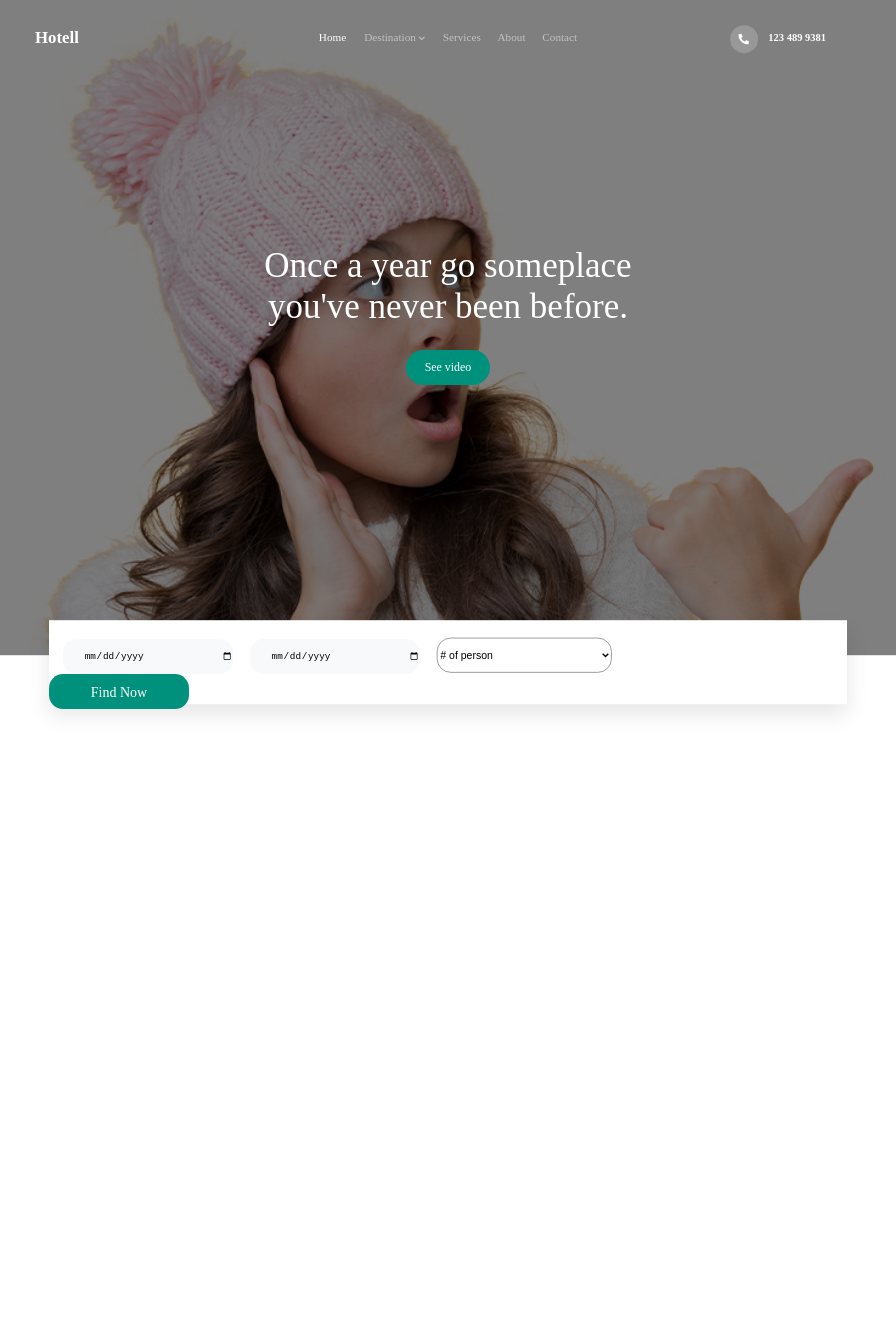
Repository: nhutduy0803/template1
Page: index.html
The author's editor kept a copy of each file at every save. The page is drawn from the files as they stood at one save, then again after the next save.
The browser window is 1280 px wide. The pictures show the part of the page from y = 0 to 1920 px (the page is 5000 px tall), at 70% of full size.

Above is the page before, as saved 2021-11-28 12:47:10.

### index.html
<!DOCTYPE html>
<html lang="en">
  <head>
    <meta charset="UTF-8" />
    <meta http-equiv="X-UA-Compatible" content="IE=edge" />
    <meta name="viewport" content="width=device-width, initial-scale=1.0" />
    <title>TEMPLATE</title>
    <link rel="stylesheet" href="./assets/css/style.css" />
    <link
      rel="stylesheet"
      href="./assets/css/font/fontawesome-free-5.15.4-web/css/all.min.css"
    />
  </head>
  <body>
    <div id="main">
      <div class="slider">
        <div class="header">
          <h2>Hotell</h2>
          <div class="nav">
            <ul>
              <li>Home</li>
              <li>
                Destination
                <i class="fas fa-chevron-down"></i>
                <div class="subnav-one">
                  <ul class="sub-nav">
                    <span>Menu one</span>
                    <span>Menu two</span>
                    <span
                      >Dropdown <i class="fas fa-angle-right"></i>
                      <ul class="sub-nav-two">
                        <span>Menu one</span>
                        <span>Menu two</span>
                        <span>Menu three</span>
                      </ul>
                    </span>
                  </ul>
                </div>
              </li>
              <li>Services</li>
              <li>About</li>
              <li>Contact</li>
            </ul>
            <h3><i class="fas fa-phone-alt"></i> 123 489 9381</h3>
            <p>Once a year go someplace <br />you've never been before.</p>
            <a class="seevideo" href="#">See video</a>
          </div>
          <div class="modal-slider">
            <input type="date" name="" id="" />
            <input type="date" />
            <div class="select-person">
              <select id="number-of-person" class="form-control">
                <option value="#of person"># of person</option>
                <option value="0">0</option>
                <option value="1">1</option>
                <option value="2">2</option>
                <option value="3">3</option>
                <option value="4">4</option>
                <option value="5">5</option>
              </select>
            </div>
            <div class="find-now">Find Now</div>
          </div>
        </div>
        <!-- <img src="./assets/css/img/slider.webp" alt="" /> -->
      </div>
    </div>
  </body>
</html>

### assets/css/style.css
* {
  margin: 0;
  padding: 0;
  box-sizing: border-box;
}

#main {
  width: 100%;
  height: 5000px;
  background: #fff;
}
.header img {
  width: 100%;
  height: 100%;
}

.header {
  position: relative;
  width: 100%;
  height: 130vh;
  background: linear-gradient(rgba(0, 0, 0, 0.5), rgba(0, 0, 0, 0.5)),
    url("./img/slider.webp") top center / cover no-repeat;
}

.header h3 {
  position: absolute;
  top: 45px;
  right: 100px;
  color: #fff;
  font-size: 15px;
}

.header h2 {
  color: #fff;
  top: 40px;
  position: absolute;
  left: 50px;
}

.nav ul li {
  transition: 0.2s;
  margin: 0 10px;
  display: inline-block;
  color: rgba(221, 221, 221, 0.705);
}

.nav li:hover {
  transition: 0.2s;
  color: #fff;
}

.nav ul li:nth-child(1) {
  color: #fff;
}

.nav {
  padding-top: 45px;
  text-align: center;
}

ul .fa-chevron-down {
  font-size: 10px;
}

.nav ul li:nth-child(2) {
  position: relative;
  transition: 0.3s;
  margin: 0 -35px;
}

.nav ul li:nth-child(2):hover .sub-nav {
  opacity: 1;
  bottom: 10px;
}

.sub-nav {
  border-radius: 10px;
  background: #fff;
  height: 130px;
  width: 180px;
  position: absolute;
  color: #000;
  opacity: 0;
  transition: 0.3s;
  bottom: 0;
}

.subnav-one {
  position: relative;
  height: 150px;
  width: 180px;
}

.sub-nav span {
  padding-right: 70px;
  padding-top: 20px;
  display: block;
}

.sub-nav span:hover {
  color: #00917c;
  transition: 0.2s;
}

.sub-nav span .fa-angle-right {
  position: absolute;
  right: 20px;
}

.sub-nav span:nth-child(3) {
  position: relative;
}

.sub-nav span:nth-child(3):hover .sub-nav-two {
  opacity: 1;
  margin-top: -25px;
}

.sub-nav-two {
  margin-top: 0px;
  margin-left: 180px;
  background: #fff;
  height: 130px;
  width: 180px;
  position: absolute;
  border-radius: 10px;
  color: #000;
  opacity: 0;
  transition: 0.3s;
}

.fa-phone-alt {
  position: absolute;
  left: -55px;
  top: -9px;
  background: rgba(255, 255, 255, 0.2);
  border-radius: 50%;
  height: 40px;
  width: 40px;
  padding-top: 13px;
  color: #fff;
  transition: 0.2s;
  font-size: 15px;
}

.fa-phone-alt:hover {
  border: 2px solid #fff;
  transition: 0.2s;
}

.header p {
  transform: translate(-50%);
  left: 50%;
  color: #fff;
  position: absolute;
  top: 350px;
  font-size: 50px;
}

.seevideo {
  position: absolute;
  top: 500px;
  left: 50%;
  transform: translate(-50%);
  width: 120px;
  height: 50px;
  background: #00917c;
  color: #fff;
  border-radius: 25px;
  display: flex;
  justify-content: center;
  align-items: center;
  text-decoration: none;
  font-size: 17px;
}

.modal-slider {
  width: 1140px;
  height: 120px;
  background: #fff;
  position: absolute;
  bottom: -70px;
  left: 50%;
  transform: translate(-50%);
  box-shadow: 0 15px 30px 0 rgb(0 0 0 / 10%);
}

.modal-slider input {
  margin-top: 27px;
  margin-left: 50px;
  border-radius: 20px;
  background: #f8f9fa;
  padding-left: 30px;
  border: none;
  height: 50px;
  width: 243px;
}

.modal-slider ::-webkit-input-placeholder {
  color: rgba(0, 0, 0, 0.726);
  font-size: 15px;
}

.modal-slider .fa-calendar-alt {
  margin-left: -30px;
}

.modal-slider input {
  margin-left: 20px;
}

.date {
  position: absolute;
  top: 0px;
  width: 200px;
  height: 300px;
  background: #fff;
  z-index: 1;
}

.select-person {
  background: #f8f9fa;
  border-radius: 20px;
  height: 50px;
  width: 250px;
  display: inline-block;
  color: #000;
  margin-left: 20px;
}

.form-control {
  border-radius: 20px;
  background: #fff;
  height: 50px;
  width: 250px;
  color: #000;
  font-size: 15px;
}

.find-now {
  background: #00917c;
  border-radius: 20px;
  height: 50px;
  width: 200px;
  display: inline-block;
  display: flex;
  justify-content: center;
  align-items: center;
  color: #fff;
  font-size: 20px;
}

Loaded but not shown: assets/css/font/fontawesome-free-5.15.4-web/css/all.min.css (library)

After the next save:
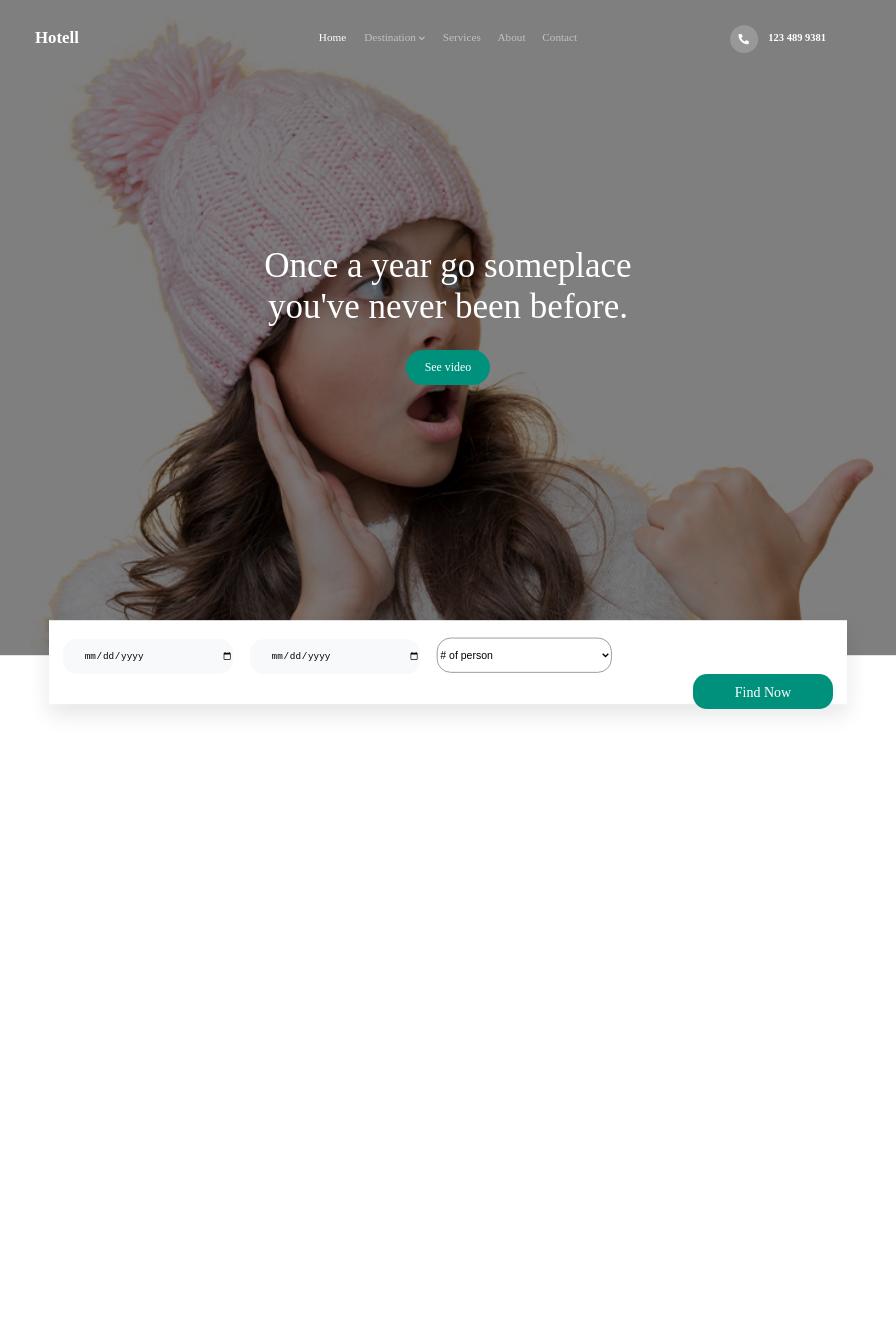
Saved 10 s later.
--- a/assets/css/style.css
+++ b/assets/css/style.css
@@ -238,6 +238,8 @@ ul .fa-chevron-down {
 }
 
 .find-now {
+  position: absolute;
+  right: 20px;
   background: #00917c;
   border-radius: 20px;
   height: 50px;
